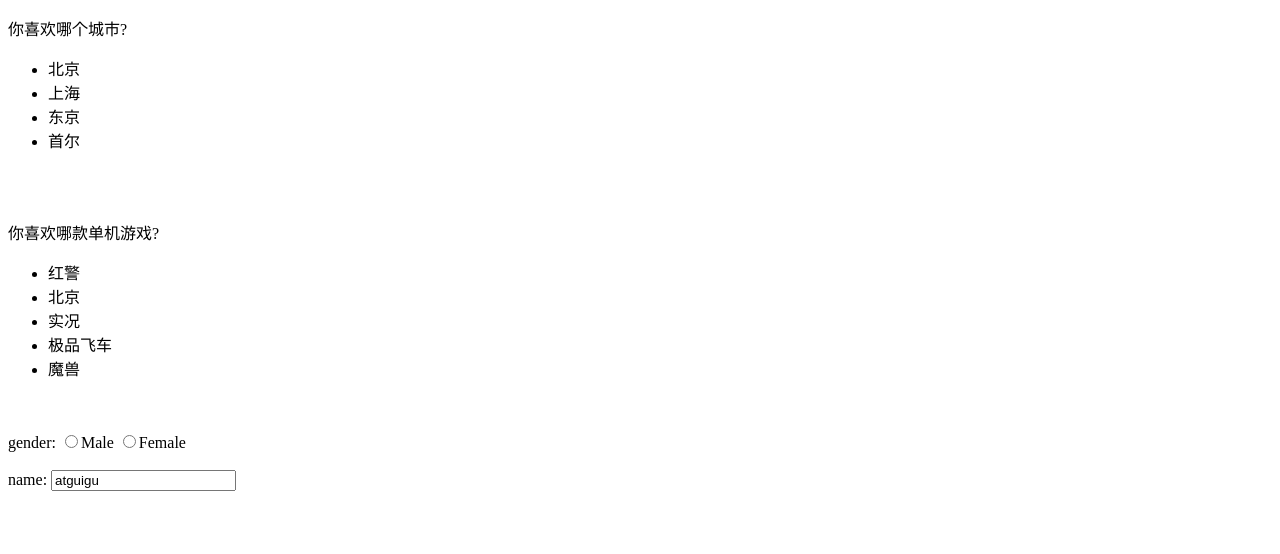
Repository: smilebingbing/java
Page: day_1/WebContent/dom-5.html
The author's editor kept a copy of each file at every save. The page is drawn from the files as they stood at one save, then again after the next save.
The browser window is 1280 px wide. The pictures show the whole page.

Above is the page before, as saved 2016-10-19 13:46:42.

After the next save:
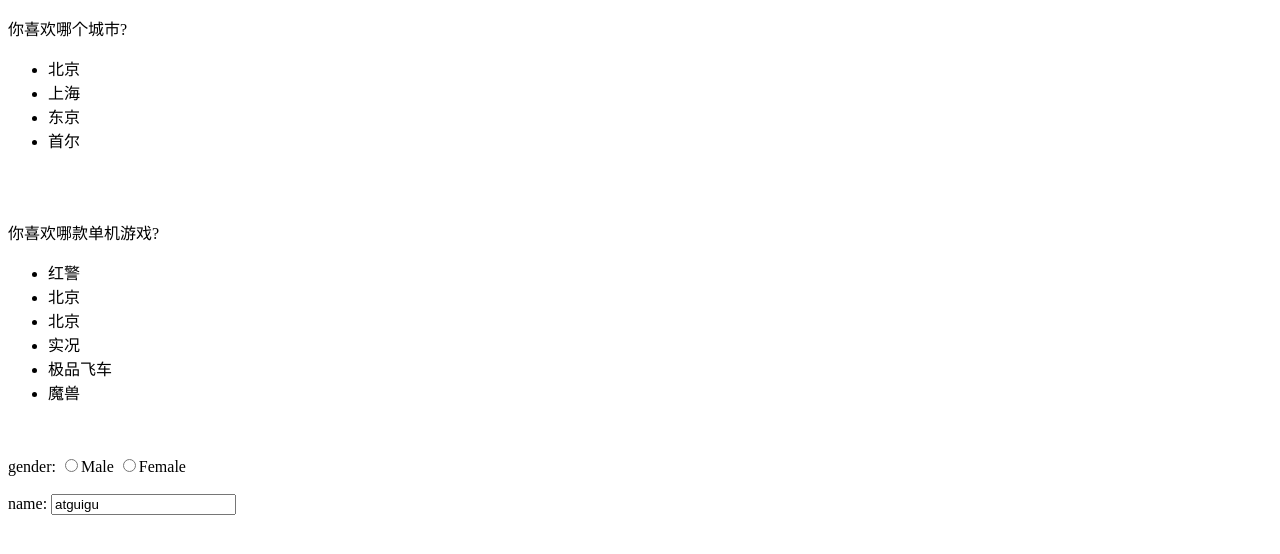
Saved 100 s later.
--- a/day_1/WebContent/dom-5.html
+++ b/day_1/WebContent/dom-5.html
@@ -22,6 +22,9 @@
 				*/
 				$("#bj").clone(true)
 				        .attr("id", "bj2")
+				        .insertAfter($("#rl"));
+				$("#bj").clone(true)
+				        .attr("id","bj3")
 				        .insertAfter($("#rl"));
 
 			})
